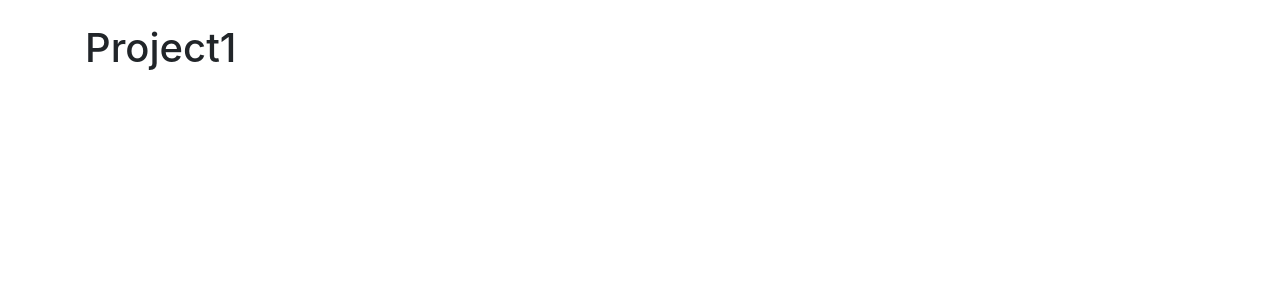
Repository: PGVlasov/react-hooks-petr
Page: /
An editor plug-in stored every save of this project. The page is shown before and after the next save, followed by the edit.
The browser window is 1280 px wide. The pictures show the whole page.
The project was rebuilt for these pictures with package versions that can differ from the ones it lists, and the page was loaded fresh each time.

Above is the page before, as saved 2020-10-15 12:28:38.

After the next save:
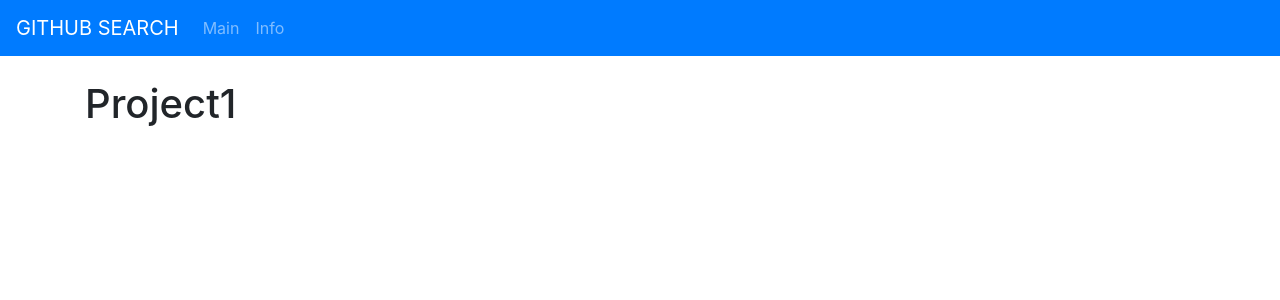
Saved 48 s later.
--- a/src/App.js
+++ b/src/App.js
@@ -1,8 +1,10 @@
 import React from "react";
+import { Navbar } from "./components/Navbar";
 
 function App() {
   return (
     <React.Fragment>
+      <Navbar />
       <div className="container pt-4">
         <h1>Project1</h1>
       </div>
